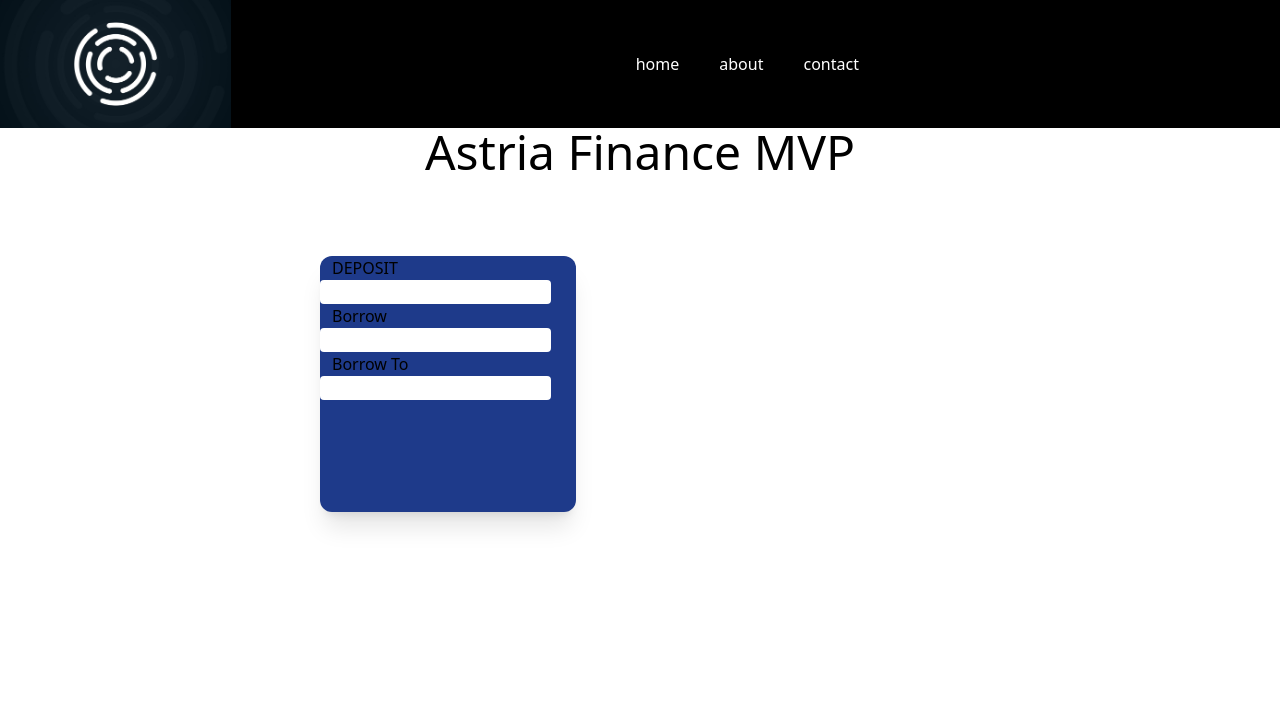
Repository: AstriaFinance/AstriaMvp
Page: /about
These files come from the project's save history. The page is drawn as it stood at one moment and after the next save; the edit follows.
The browser window is 1280 px wide. The pictures show the whole page.
The project was rebuilt for these pictures with package versions that can differ from the ones it lists, and the page was loaded fresh each time. Also part of the build but not shown: src/components/About.jsx, src/components/Shop.jsx, src/components/ErrorPage.jsx.

Above is the page before, as saved 2022-06-21 15:44:19.

### src/App.js
import {Nav, Shop, About, ErrorPage, Home} from "./components"
import {BrowserRouter as Router,Routes, Route} from"react-router-dom"
function App() {
  return (

    <div>

      <Nav/>
      <Home/>
      </div>

  );
}

export default App;

### src/components/index.js
export{default as About} from "./About"
export{default as Nav} from "./Nav"
export{default as Shop} from "./Shop"
export {default as ErrorPage} from "./ErrorPage"
export{default as Home} from "./Home"

### src/components/Nav.jsx
import React from 'react'
import logo from "../static/astria.jpg"
const Nav = () => {
  return (

        <nav className='bg-black flex justify-between'>
        <img src={logo} alt="" className='h-32' />

        <div class="flex gap-2">

  </div>
 <ul class="flex space-x-10 text-white items-center">
   <li>home</li>
    <li>about</li>
     <li>contact</li>
 </ul>
  <span>y</span>
  <span>y</span>


    </nav>



  )
}

export default Nav

### src/components/Home.jsx
import React from 'react'

const Home = () => {
  return (
    <div className=''>
        <h1 className='text-5xl flex items-center justify-center'>Astria Finance MVP</h1>
    <div className=' items-center justify-center h-64 w-64 rounded-xl mx-80 bg-blue-900 mt-20 shadow-xl'>
        <div className='mx-3'>DEPOSIT</div>
        <input type="text" className='rounded hover:bg-purple-900' />
        <div className='mx-3'>Borrow</div>
        <input type="text" className='rounded hover:bg-purple-900' />
        <div className='mx-3'>Borrow To</div>
        <input type="text" className='rounded hover:bg-purple-900' />
    </div>
    </div>
  )
}

export default Home

Loaded but not shown: public/index.html (common file); src/index.js (common file); src/index.css (common file); src/reportWebVitals.js (common file); tailwind.config.js (common file)

After the next save:
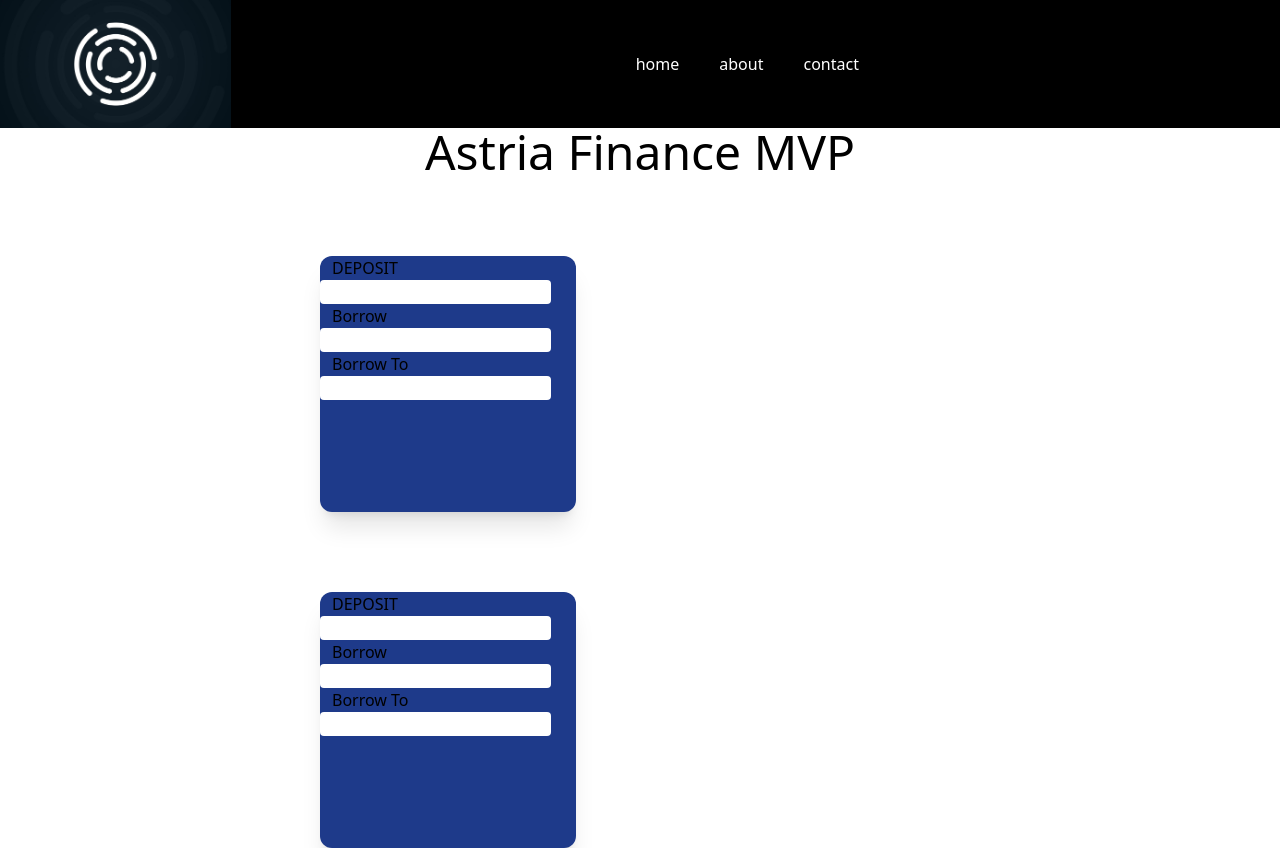
Saved 56 s later.
--- a/src/components/Home.jsx
+++ b/src/components/Home.jsx
@@ -12,6 +12,14 @@ const Home = () => {
         <div className='mx-3'>Borrow To</div>
         <input type="text" className='rounded hover:bg-purple-900' />
     </div>
+    <div className=' items-center justify-center h-64 w-64 rounded-xl mx-80 bg-blue-900 mt-20 shadow-xl'>
+        <div className='mx-3'>DEPOSIT</div>
+        <input type="text" className='rounded hover:bg-purple-900' />
+        <div className='mx-3'>Borrow</div>
+        <input type="text" className='rounded hover:bg-purple-900' />
+        <div className='mx-3'>Borrow To</div>
+        <input type="text" className='rounded hover:bg-purple-900' />
+    </div>
     </div>
   )
 }
